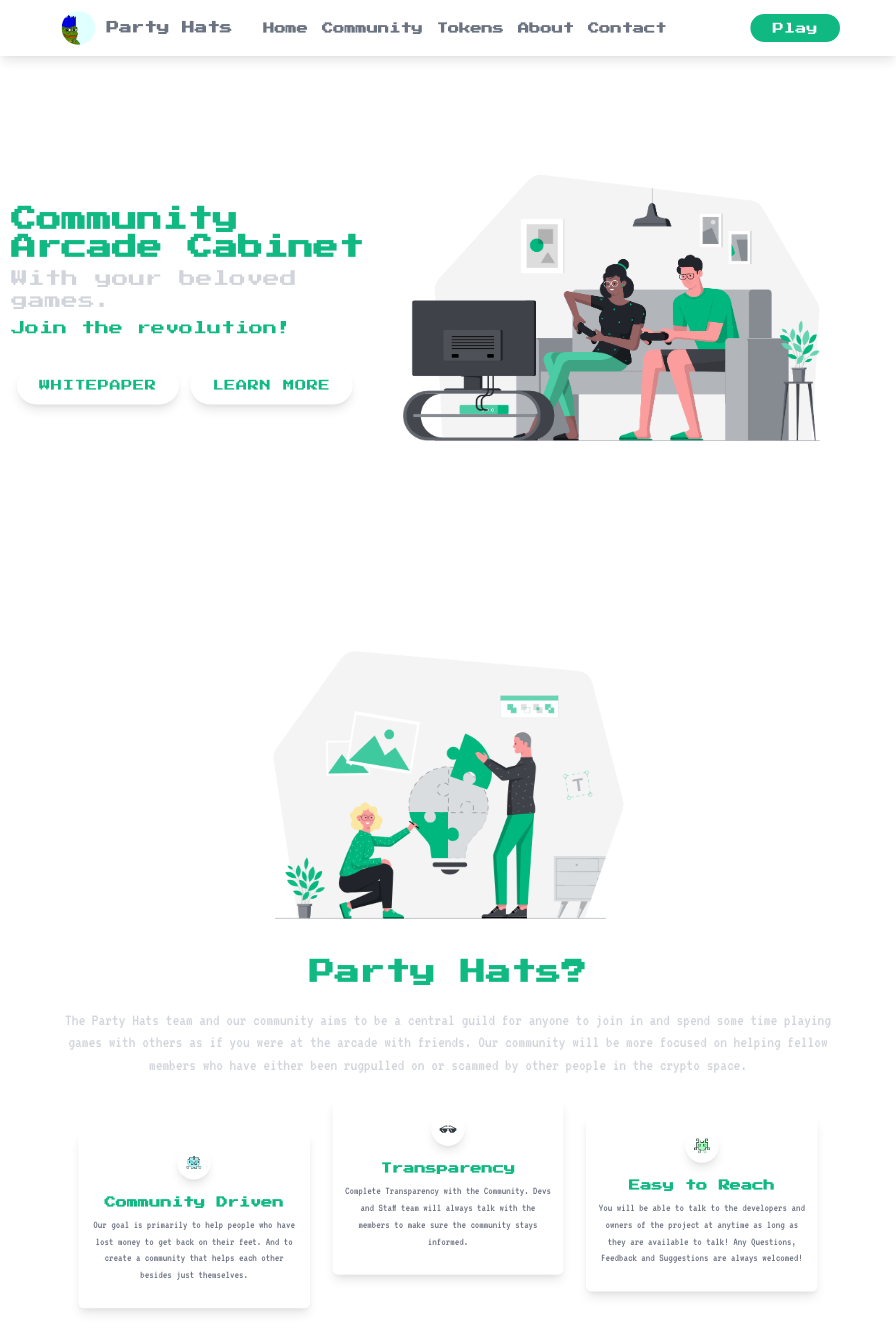
Repository: rhinorphan/phat-landing-page
Page: /
An editor plug-in stored every save of this project. The page is shown before and after the next save, followed by the edit.
The browser window is 1280 px wide. The pictures show the part of the page from y = 0 to 1920 px (the page is 4206 px tall), at 70% of full size.
The project was rebuilt for these pictures with package versions that can differ from the ones it lists, and the page was loaded fresh each time. Also part of the build but not shown: craco.config.js.

Above is the page before, as saved 2021-11-17 23:39:55.

After the next save:
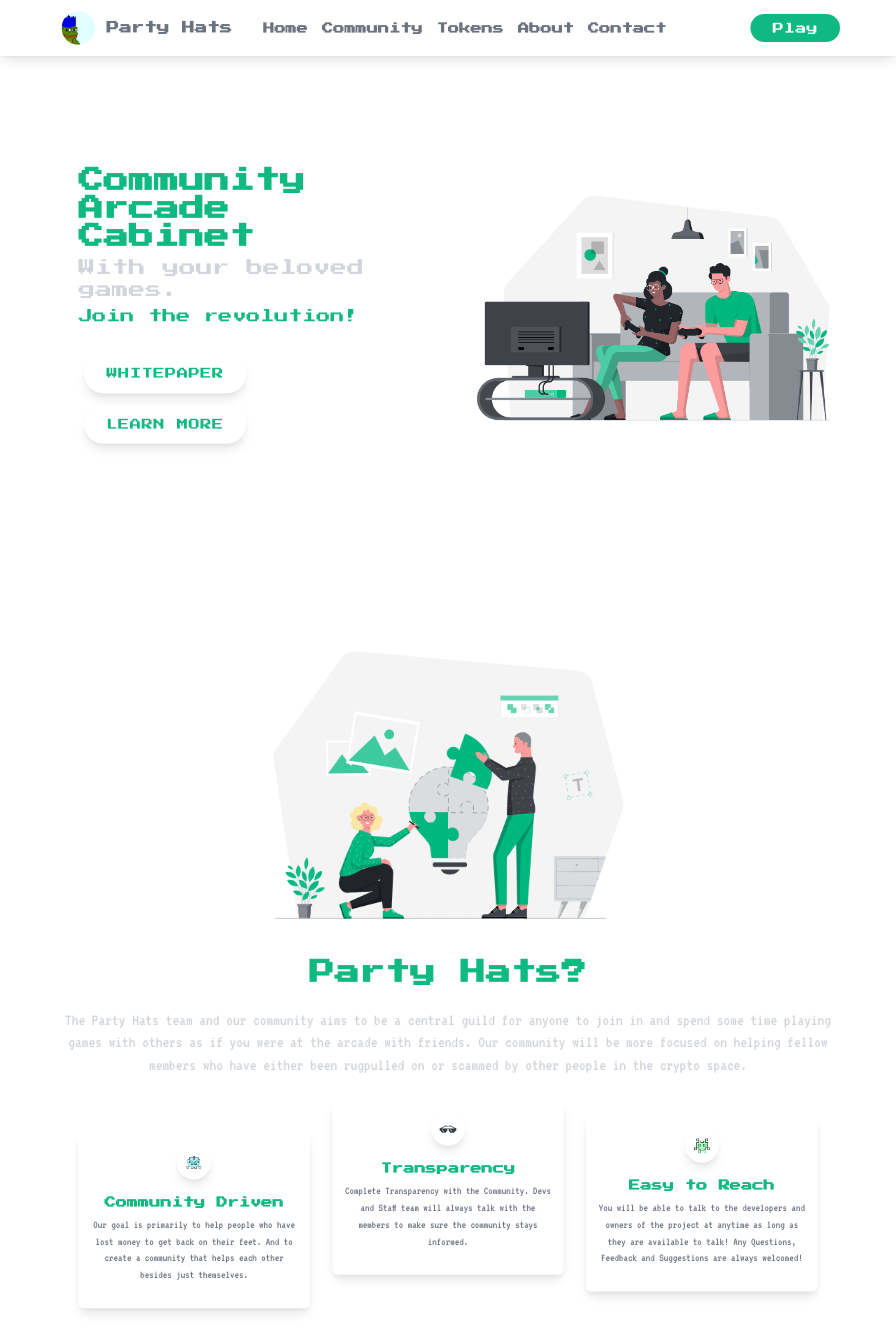
Saved 9 s later.
--- a/src/components/Landing.js
+++ b/src/components/Landing.js
@@ -4,7 +4,7 @@ import { Link, animateScroll as scroll } from "react-scroll";
 function Landing() {
   return (
     <section className="grid text-center md:flex md:text-left items-center justify-center h-screen py-10 px-4" name="landing">
-      <div class="mx-26">
+      <div class="mx-24">
         <h2 class="text-4xl  font-bold mb-2 text-green-500">
           Community Arcade Cabinet
         </h2>
